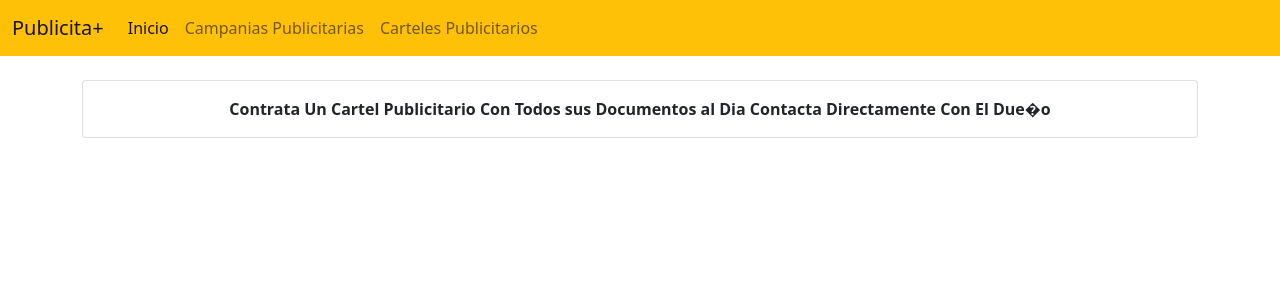
Repository: programador23/PublicitaMasWebVersionFinal
Page: http://localhost/carteles/listacarteles
These files come from the project's save history. The page is drawn as it stood at one moment and after the next save; the edit follows.
The browser window is 1280 px wide. The pictures show the whole page.
The page is this project's Thymeleaf template; nobody is signed in. The template is opened directly, without the code that normally fills it, so the values that code supplies are empty.

Above is the page before, as saved 2021-07-05 23:13:13.

After the next save:
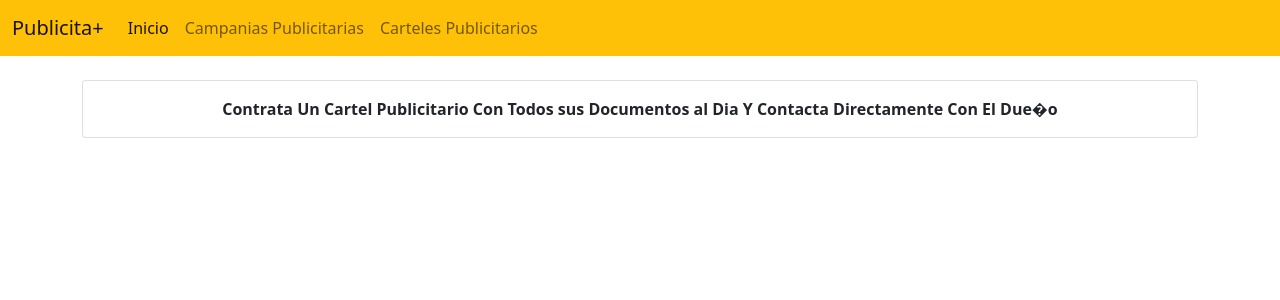
Saved 18 s later.
--- a/PublicitaMasWeb-master/src/main/resources/templates/carteles/listacarteles.html
+++ b/PublicitaMasWeb-master/src/main/resources/templates/carteles/listacarteles.html
@@ -37,7 +37,7 @@
 <div class="container mt-4">
 <div class="card">
   <div class="card-body text-center" >
-    <b>Contrata Un Cartel Publicitario Con Todos sus Documentos al Dia Contacta Directamente Con El Dueño </b>
+    <b>Contrata Un Cartel Publicitario Con Todos sus Documentos al Dia Y Contacta Directamente Con El Dueño </b>
   </div>
 </div>
 <br>
